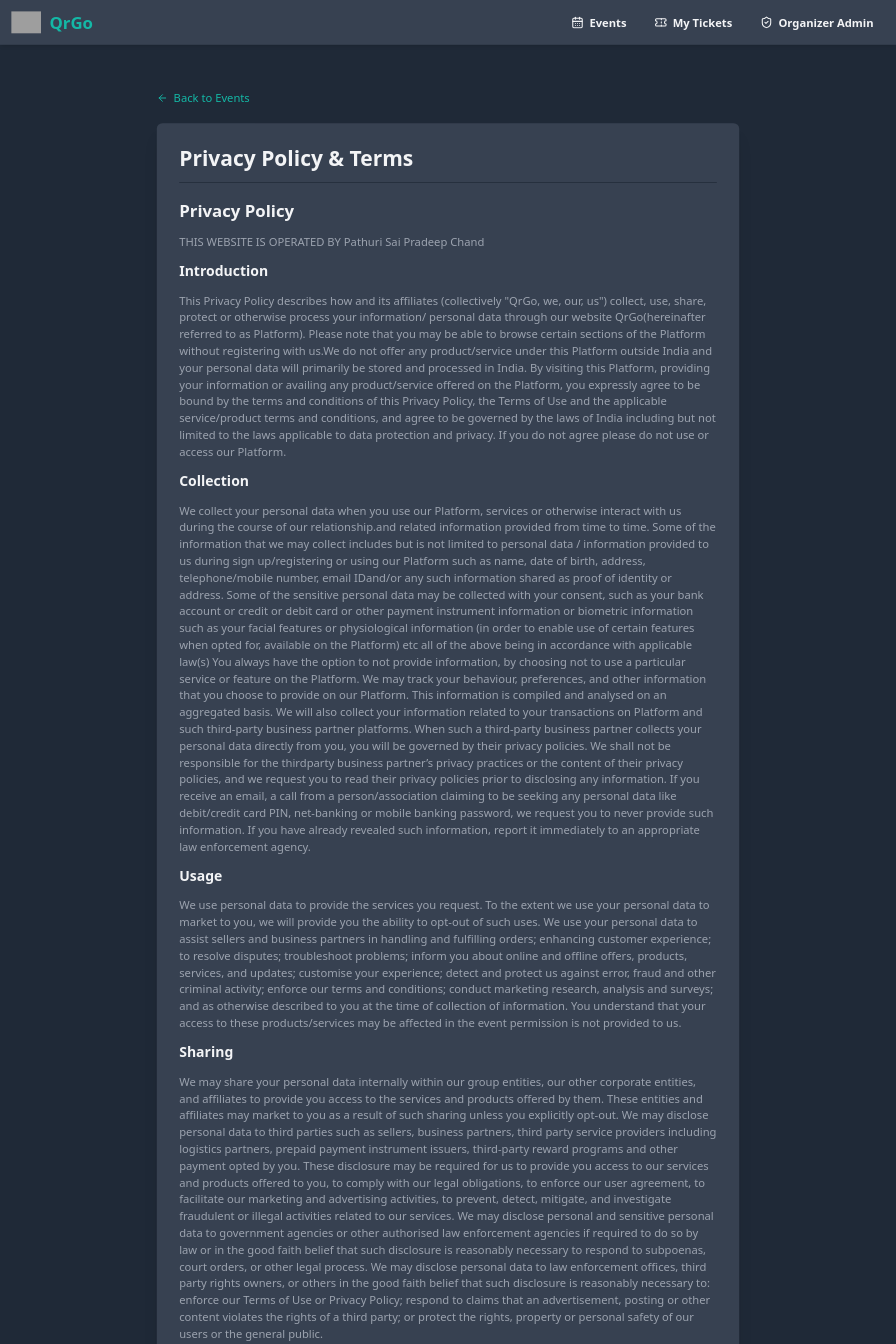
Repository: Dhakshin2007/QrGo
Page: /#/privacy-policy
The author's editor kept a copy of each file at every save. The page is drawn from the files as they stood at one save, then again after a run of saves.
The browser window is 1280 px wide. The pictures show the part of the page from y = 0 to 1920 px (the page is 5917 px tall before and 5941 px after), at 70% of full size.
Pictures or frames that could not be fetched are drawn as grey boxes. Some web libraries are served in a nearby version. The project was rebuilt for these pictures with package versions that can differ from the ones it lists, and the page was loaded fresh each time. Also part of the build but not shown: vite.config.ts, components/EventCard.tsx, pages/HomePage.tsx, pages/BookingPage.tsx, components/TicketCard.tsx, pages/MyTicketsPage.tsx, services/aiService.ts, pages/AdminPage.tsx.

Above is the page before, as saved 2025-08-10 13:08:16.

After the next 2 saves:
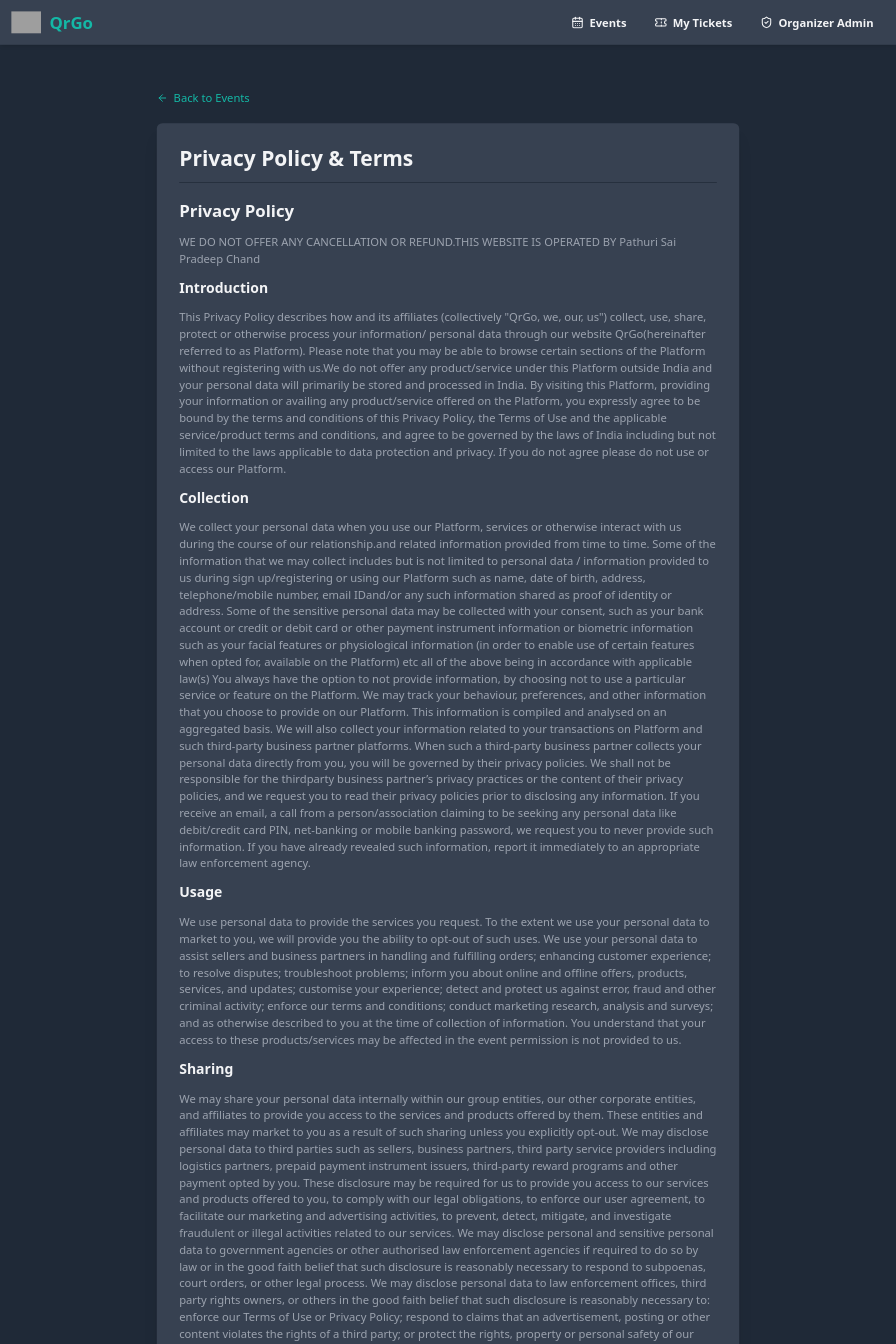
The 2 saves are shown as one change because they came seconds apart.
The last was saved 11 s later.
--- a/pages/PrivacyPolicyPage.tsx
+++ b/pages/PrivacyPolicyPage.tsx
@@ -16,7 +16,7 @@ const PrivacyPolicyPage: React.FC = () => {
 
             <section className="space-y-4">
                 <h2 className="text-2xl font-bold text-on-surface">Privacy Policy</h2>
-                <p>THIS WEBSITE IS OPERATED BY Pathuri Sai Pradeep Chand</p>
+                <p>WE DO NOT OFFER ANY CANCELLATION OR REFUND.THIS WEBSITE IS OPERATED BY Pathuri Sai Pradeep Chand</p>
 
                 <h3 className="text-xl font-semibold text-on-surface">Introduction</h3>
                 <p>This Privacy Policy describes how and its affiliates (collectively "QrGo, we, our, us") collect, use, share, protect or otherwise process your information/ personal data through our website QrGo(hereinafter referred to as Platform). Please note that you may be able to browse certain sections of the Platform without registering with us.We do not offer any product/service under this Platform outside India and your personal data will primarily be stored and processed in India. By visiting this Platform, providing your information or availing any product/service offered on the Platform, you expressly agree to be bound by the terms and conditions of this Privacy Policy, the Terms of Use and the applicable service/product terms and conditions, and agree to be governed by the laws of India including but not limited to the laws applicable to data protection and privacy. If you do not agree please do not use or access our Platform.</p>
